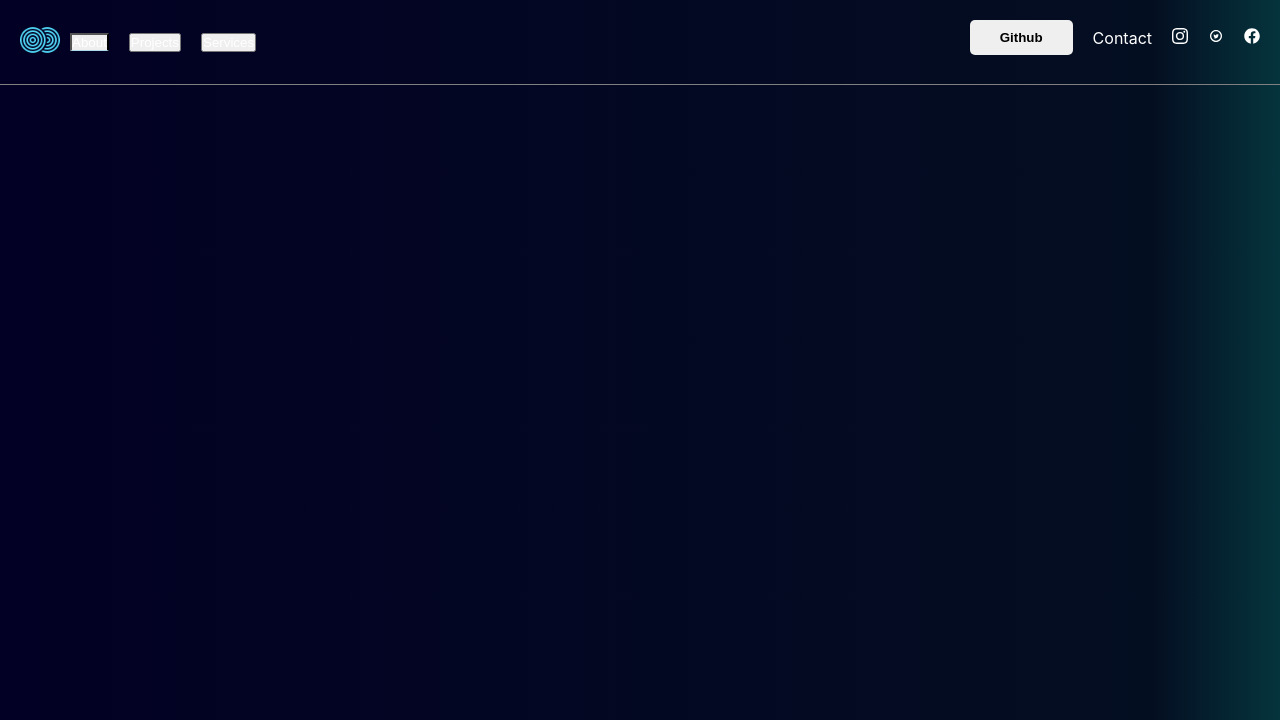
Repository: uh-sman/Portfolio
Page: /
The author's editor kept a copy of each file at every save. The page is drawn from the files as they stood at one save, then again after the next save.
The browser window is 1280 px wide. The pictures show the whole page.
The project was rebuilt for these pictures with package versions that can differ from the ones it lists, and the page was loaded fresh each time.

Above is the page before, as saved 2022-11-18 09:31:06.

After the next save:
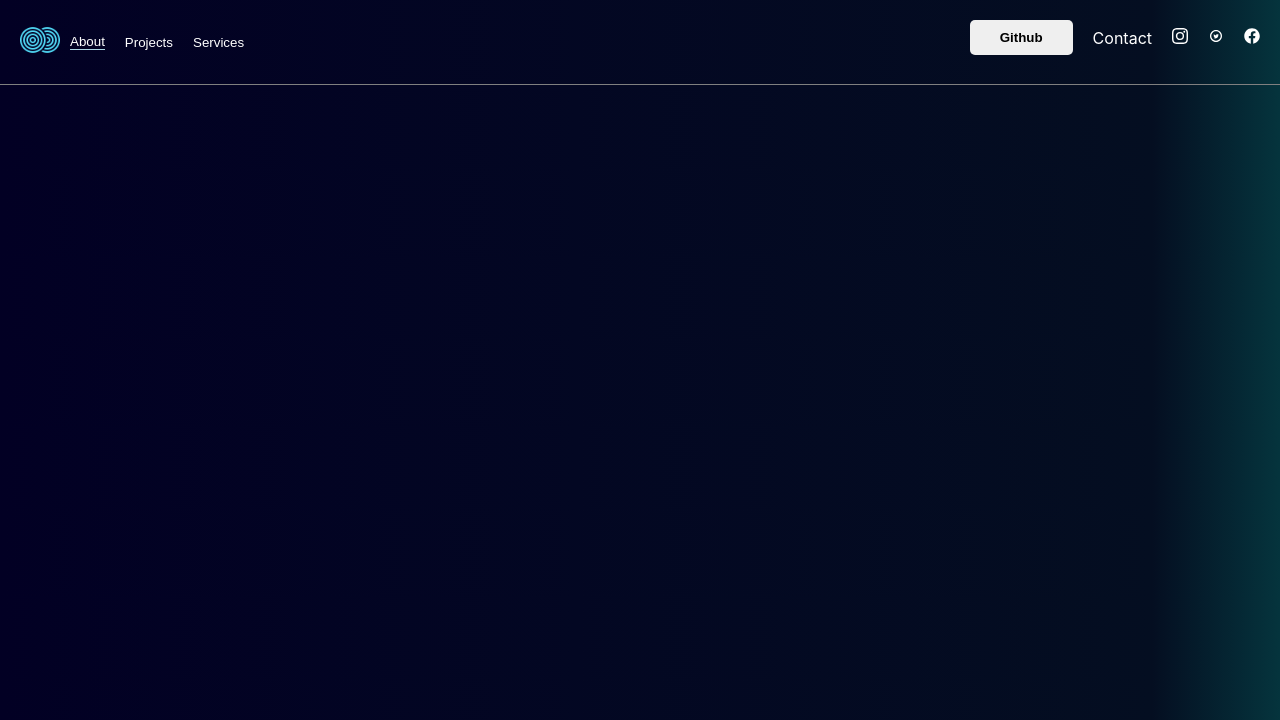
Saved 73 s later.
--- a/src/components/navbar.css
+++ b/src/components/navbar.css
@@ -23,7 +23,10 @@
 .navbar-container {
   border-bottom: 0.5px solid gray;
 }
-
+.btn {
+  border: none;
+  background: transparent;
+}
 .active,
 .btn:hover {
   border-bottom: 1px solid lightblue;
